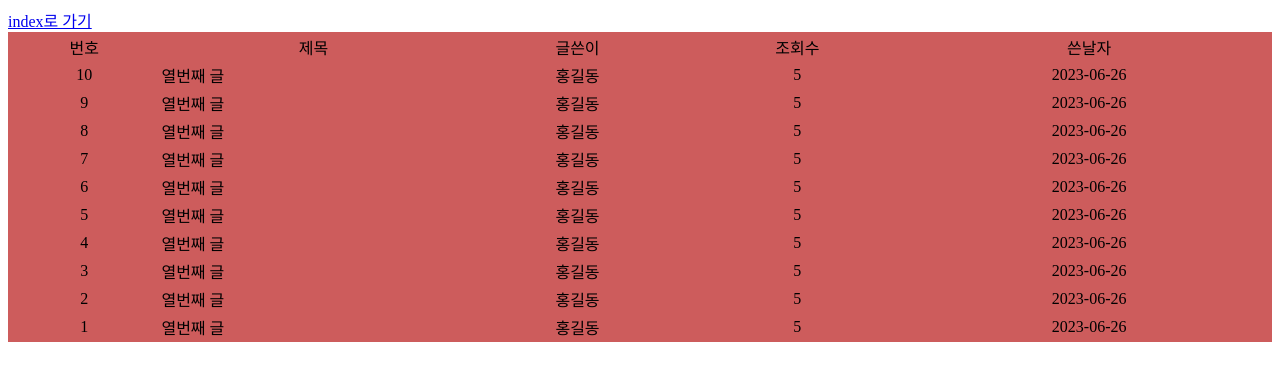
Repository: popll1/Pleiades
Page: http://localhost/jun261/main.jsp
These files come from the project's save history. The page is drawn as it stood at one moment and after the next save; the edit follows.
The browser window is 1280 px wide. The pictures show the whole page.
The page is served by Tomcat 9.

Above is the page before, as saved 2023-06-26 06:25:37.

After the next save:
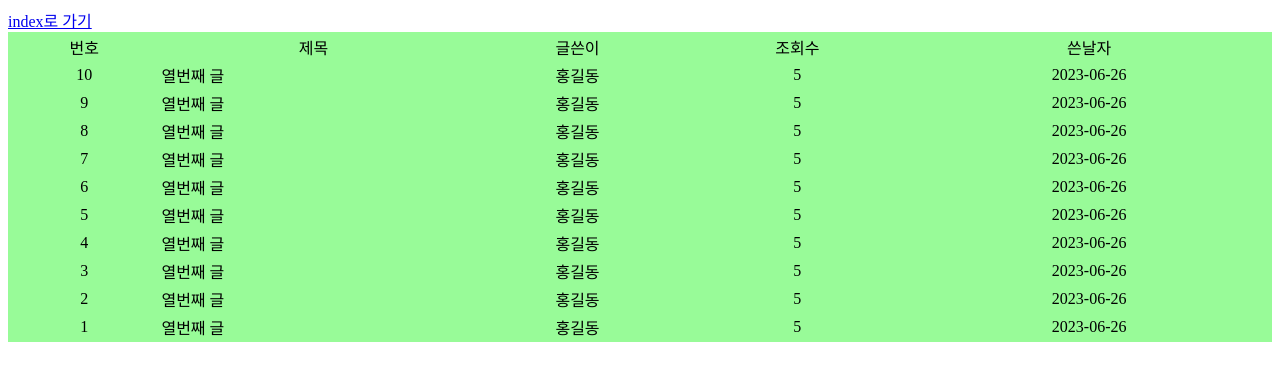
Saved 2 min 19 s later.
--- a/jun261/src/main/webapp/main.jsp
+++ b/jun261/src/main/webapp/main.jsp
@@ -26,7 +26,7 @@
 </head>
 <body>
 	<a href = "./index.jsp">index로 가기 </a>
-	<table style = "width: 100%; height : 300px; background-color: #CD5C5C;">
+	<table style = "width: 100%; height : 300px; background-color: #98FB98;">
 		<tr>
 			<td style ="width = 10%">번호</td>
 			<td style ="width = 50%">제목</td>
